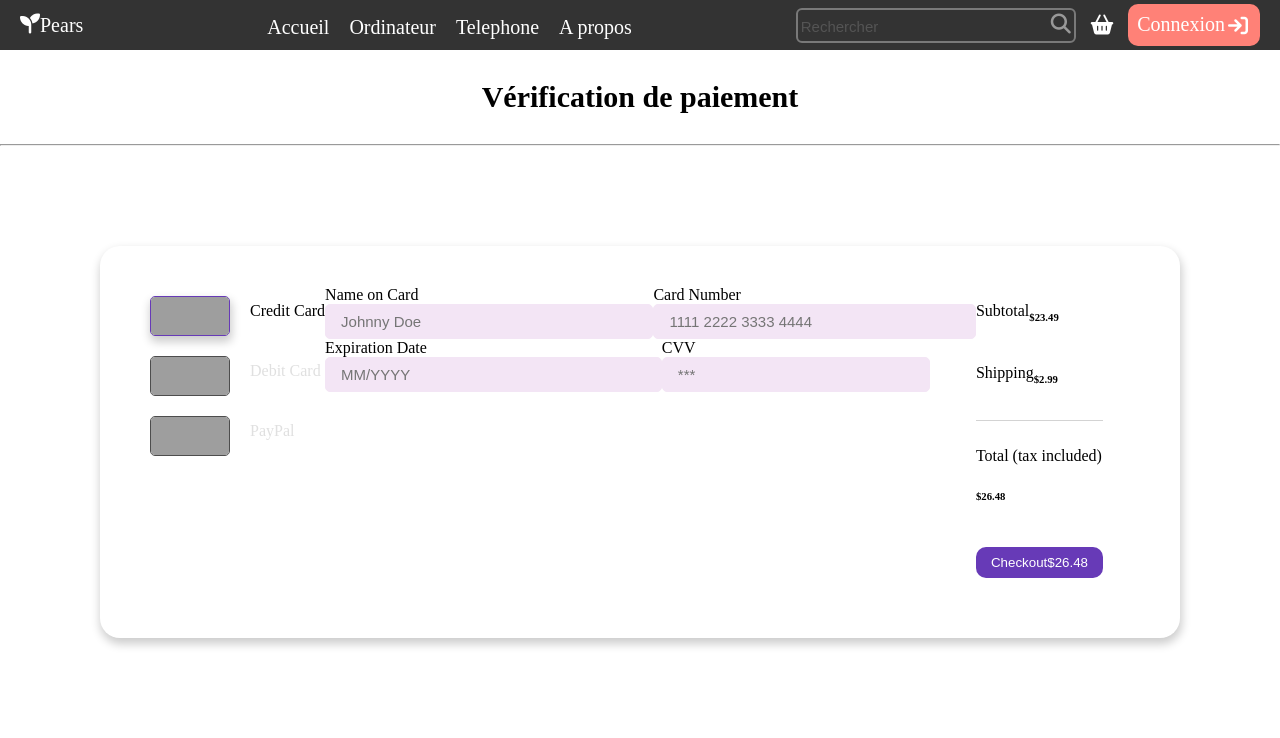
Repository: Kakouuu/PPE1-iPear
Page: http://localhost/Stage/verifpaiement.php
An editor plug-in stored every save of this project. The page is shown before and after the next save, followed by the edit.
The browser window is 1280 px wide. The pictures show the whole page.
Pictures or frames that could not be fetched are drawn as grey boxes. Some web libraries are served in a nearby version. The page is run by PHP 8.4 with error messages shown; the project is at /var/www/html/.

Above is the page before, as saved 2023-04-28 16:32:24.

### verifpaiement.php
<!DOCTYPE html>
<html lang="en">

<?php
    session_start();
    include "nav.php";
    ?>


<head>
    <meta charset="UTF-8">
    <title>Checkout</title>
    <link rel="stylesheet" href="css/verifpaiement.css">
    <link rel="stylesheet" href="https://stackpath.bootstrapcdn.com/bootstrap/4.3.1/js/bootstrap.bundle.min.js">
    <link rel="stylesheet" href="https://cdnjs.cloudflare.com/ajax/libs/font-awesome/5.10.0-11/css/all.min.css">
    <script rel="stylesheet" href="https://cdnjs.cloudflare.com/ajax/libs/jquery/3.2.1/jquery.min.js"></script>
    <script src="js/store.js"></script>
</head>

<body>



    <h3 class="title">Vérification de paiement</h3>
    <hr>

    <div class="row justify-content-center" style="margin:100px">
        <div class="col-lg-12">
            <div class="card" style="display : flex;">
                <div class="row" style="display : flex;">
                    <div class="col-lg-3 radio-group" >
                        <div class="row d-flex px-3 radio" style="display :flex;"> <img class="pay" src="https://i.imgur.com/WIAP9Ku.jpg">
                            <p class="my-auto">Credit Card</p>
                        </div>
                        <div class="row d-flex px-3 radio gray" style="display :flex;"> <img class="pay" src="https://i.imgur.com/OdxcctP.jpg">
                            <p class="my-auto">Debit Card</p>
                        </div>
                        <div class="row d-flex px-3 radio gray mb-3" style="display :flex;"> <img class="pay" src="https://i.imgur.com/cMk1MtK.jpg">
                            <p class="my-auto">PayPal</p>
                        </div>
                    </div>
                    <div class="col-lg-5">
                        <div class="row px-2" style="display :flex;">
                            <div class="form-group col-md-6"> <label class="form-control-label">Name on Card</label> <input type="text" id="cname" name="cname" placeholder="Johnny Doe"> </div>
                            <div class="form-group col-md-6"> <label class="form-control-label">Card Number</label> <input type="text" id="cnum" name="cnum" placeholder="1111 2222 3333 4444"> </div>
                        </div>
                        <div class="row px-2" style="display :flex;">
                            <div class="form-group col-md-6"> <label class="form-control-label">Expiration Date</label> <input type="text" id="exp" name="exp" placeholder="MM/YYYY"> </div>
                            <div class="form-group col-md-6"> <label class="form-control-label">CVV</label> <input type="text" id="cvv" name="cvv" placeholder="***"> </div>
                        </div>
                    </div>
                    <div class="col-lg-4 mt-2">
                        <div class="row d-flex justify-content-between px-4" style="display :flex;">
                            <p class="mb-1 text-left">Subtotal</p>
                            <h6 class="mb-1 text-right">$23.49</h6>
                        </div>
                        <div class="row d-flex justify-content-between px-4" style="display :flex;">
                            <p class="mb-1 text-left">Shipping</p>
                            <h6 class="mb-1 text-right">$2.99</h6>
                        </div>
                        <div class="row d-flex justify-content-between px-4" id="tax">
                            <p class="mb-1 text-left">Total (tax included)</p>
                            <h6 class="mb-1 text-right">$26.48</h6>
                        </div> <button class="btn-block btn-blue"> <span> <span id="checkout">Checkout</span> <span id="check-amt">$26.48</span> </span> </button>
                    </div>
                </div>
            </div>
        </div>
    </div>
    </div>

### nav.php
<!DOCTYPE html>
<head>
    <meta charset="UTF-8">
    <meta http-equiv="X-UA-Compatible" content="IE  =edge">
    <link rel="stylesheet" href="css/styles.css">
    <link rel="stylesheet" href="css/footer.css">

    <script src="https://kit.fontawesome.com/db2bf29261.js" crossorigin="anonymous"></script>
    <script src="https://cdnjs.cloudflare.com/ajax/libs/jquery/3.6.0/jquery.min.js"></script>
    <script src="https://ajax.googleapis.com/ajax/libs/jquery/3.6.0/jquery.min.js"></script>
    <script src="js/store.js" ></script>
</head>
<?php

require_once "db.php";

if (isset($_SESSION['ID'])) {

    $sqla = 'SELECT * FROM `utilisateurs` where `ID_user`=' . $_SESSION['ID'];
    $resulta = mysqli_query($mysqli, $sqla);

    while (($row = mysqli_fetch_array($resulta))) {

        $prenom = $row["Prenom"];
    }


?>




<div class="welcome">Bonjour <?= $prenom; ?> !</div>



<?php
}


?>



<nav class="navbar" style="height: 50px !important;">


    <div>
        <a class="logo" href="index.php"><i class="fa-solid fa-seedling"></i> Pears</a>
    </div>


    <ul class="navbar_container">
        <li><a href="index.php" class="type">Accueil</a></li>
        <li class="services"><a href="#" title="" class="type">Ordinateur</a>
            <ul class="sous-menu">
                <li><a href="pagelegume.php?id=Portable" title="" class="type_sous">PC Portable</a></li>
                <li><a href="pagelegume.php?id=PC_Fixe" title="" class="type_sous">PC Fixe</a></li>
            </ul>
        <li class="services"><a href="#" title="" class="type">Telephone</a>
            <ul class="sous-menu">
                <li><a href="pagelegume.php?id=Samsung" title="" class="type_sous">Samsung</a></li>
                <li><a href="pagelegume.php?id=Iphone" title="" class="type_sous">Iphone</a></li>
                <li><a href="pagelegume.php?id=Huawei" title="" class="type_sous">Huawei</a></li>
            </ul>
        <li><a href="index.php" class="type">A propos</a></li>
    </ul>


    <span class="cotedroit">
      <span class="search">
            <input autocomplete="off" type="search" onkeyup="manakey(event)" oninput="salut()" name="Rechercher"
                   class="searchbar_container" placeholder="Rechercher">
            <span style="cursor: pointer;" onclick='sendad()'><i class="fa-solid fa-magnifying-glass"></i></span>
        </span>


<div class="search_prod"></div>







            <a href="test.php" class="item"><i class="fa-solid fa-basket-shopping"></i></a>

            <a href="login.php" class="log" id="co">Connexion <i class="fa-solid fa-arrow-right-to-bracket"></i> </a>


            <li class="user" id="profil"><a href="#" title="" class="type"><i class="fa-solid fa-user" name="deconnecte"></i></a>
            <ul class="user_sous">
                <li><a href="profil.php" title="" class="user_container">Profil</a></li>

                <li><a class="user_container" href="suppression.php">Deconnexion</a></li>



    </span>





    <script>
        function sendad() {
            var mot = document.getElementsByName('Rechercher')[0].value;
            console.log(mot)
            window.location = 'traitement.php?Rechercher=' + mot;
        }

        function manakey(e) {
            if (e.keyCode == 13) {
                sendad();
            }
            var clientHeight = document.querySelector('.search_prod').clientHeight;
            console.log(clientHeight);

            if (clientHeight < 356) {
                document.querySelector(".plus").style.display = "none";
            }
        }

        function salut() {
            let display = document.querySelector('.search_prod').style.display = 'block';
            var mot = document.getElementsByName('Rechercher')[0].value;
            console.log(mot)

            if(mot != "" ){
                $.post("recherche.php", {mot : mot}, function(data){
                    $('.search_prod').html(data);
                });
            }else
                document.querySelector(".search_prod").style.display ="none";
        }


        function remouve(e) {
            if (e.keyCode == 8) {
                let display = document.querySelector('.search_prod').style.display = 'none';
            }
        }




    </script>



    <div class="navbar__toggle" onclick="openOrClose()" id="mobile-menu">
        <div class="tirait">
            <span class="tirait_sous"></span>
            <span class="tirait_sous"></span>
            <span class="tirait_sous"></span>
        </div>
    </div>
</nav>
<ul class="navbar_container2">
    <li class="services2"><a href="#" title="" class="type2">Ordinateur</a>
        <ul class="sous-menu2">
            <li><a href="pagelegume.php?id=Portable" title="" class="type_sous2">PC Portable</a></li>
            <li><a href="pagelegume.php?id=Portable" title="" class="type_sous2">PC Fixe</a></li>
        </ul>
    <li class="services2"><a href="#" title="" class="type2">Telephone</a>
        <ul class="sous-menu2">
            <li><a href="pagelegume.php?id=Légume Fleurs" title="" class="type_sous2">Samsung</a></li>
            <li><a href="pagelegume.php?id=Légume Fleurs" title="" class="type_sous2">Iphone</a></li>
            <li><a href="pagelegume.php?id=Légume Fleurs" title="" class="type_sous2">Huawei</a></li>
        </ul>
</ul>

<?php
if(isset($_SESSION['ID'])){
    ?>
    <script>
    document.getElementById('co').style.display = 'none';
    document.getElementById('profil').style.display = 'block';
    </script>

<?php
}





?>


<form method="post" action="suppression.php" id="form">
       <input type="hidden" id="cache" name="cache"/>
    </form>
<script src="app.js"></script>

### db.php
<?php
$mysqli = mysqli_connect('localhost', 'root', '', 'pcbdd');
mysqli_query($mysqli, "SET NAMES utf8");
?>

### css/footer.css
/* Footer section */

.push{
    height: 800px;
}

.pdp {
    display: inline-block;
    bottom: 0;
    width: 100%;
    background-color: #333333;
}


.pdp_info {
    background-color: #333333;
    display: flex;
    height: 390px;
    justify-content: center;
}

.fa-facebook, .fa-twitter, .fa-linkedin, .fa-instagram {
    color: white;
    opacity: 0.6;
    padding-left: 10px;
    padding-right: 10px;
    margin-top: 3px;
    justify-content: center;
    font-size: 1.1rem;
}

.fa-facebook {
    padding-left: 45%;
}
.fa-envelope{
    padding: 7px;
    text-align: center;
    color: black;

}

a:link {
    text-decoration: none;
}

.item2 {
    display: block;
    margin: 5px;
    text-decoration: none;
    list-style: none;
    color: white;
    padding: 5px;

}

.item1 {
    display: block;
    margin: 5px;
    text-decoration: none;
    list-style: none;
    color: white;
    padding: 5px;

}


.mention {
    background-color: #272727;
    color: white;
    opacity: 0.5;
}

@media screen and (max-width: 909px){
    .item2{
        display: block;
        font-size: 1.1rem;
        text-align: center;
    }
}


.input-icons i {
    position: absolute;
}

.input-field {
    height: 30px;
    width: 200px;
    padding-left:30px;
    text-align: center;
}

.validate{
    height: 30px;
    color: white;
    background-color: #333333;
    cursor: pointer;
}

.validate:hover{
    background-color: #50C878;
}

.infosite{
    color: white;

}

### css/verifpaiement.css
.title{
    text-align: center;
    font-size: 30px;
    font-weight: bold;
    margin : 30px;
}


.plus-minus {
    position: relative;
}

.plus {
    position: absolute;
    top: -4px;
    left: 2px;
    cursor: pointer;
}

.minus {
    position: absolute;
    top: 8px;
    left: 5px;
    cursor: pointer;
}

.vsm-text:hover {
    color: #FF5252;
}

.card {
    margin: 40px 0px;
    padding: 40px 50px;
    border-radius: 20px;
    border: none;
    box-shadow: 1px 5px 10px 1px rgba(0,0,0,0.2);
    display : flex;
}

input, textarea {
    background-color: #F3E5F5;
    padding: 8px 15px 8px 15px;
    width: 100%;
    border-radius: 5px !important;
    box-sizing: border-box;
    border: 1px solid #F3E5F5;
    font-size: 15px !important;
    color: #000 !important;
    font-weight: 300;
}

input:focus, textarea:focus {
    -moz-box-shadow: none !important;
    -webkit-box-shadow: none !important;
    box-shadow: none !important;
    border: 1px solid #9FA8DA;
    outline-width: 0;
    font-weight: 400;
}

button:focus {
    -moz-box-shadow: none !important;
    -webkit-box-shadow: none !important;
    box-shadow: none !important;
    outline-width: 0;
}

.pay {
    width: 80px;
    height: 40px;
    border-radius: 5px;
    border: 1px solid #673AB7;
    margin: 10px 20px 10px 0px;
    cursor: pointer;
    box-shadow: 1px 5px 10px 1px rgba(0,0,0,0.2);
}

.gray {
    -webkit-filter: grayscale(100%);
    -moz-filter: grayscale(100%);
    -o-filter: grayscale(100%);
    -ms-filter: grayscale(100%);
    filter: grayscale(100%);
    color: #E0E0E0;
}

.gray .pay {
    box-shadow: none;
}

#tax {
    border-top: 1px lightgray solid;
    margin-top: 10px;
    padding-top: 10px;
}

.btn-blue {
    border: none;
    border-radius: 10px;
    background-color: #673AB7;
    color: #fff;
    padding: 8px 15px;
    margin: 20px 0px;
    cursor: pointer;
}

.btn-blue:hover {
    background-color: #311B92;
    color: #fff;
}

#checkout {
    float: left;
}

#check-amt {
    float: right;
}

@media screen and (max-width: 768px) {
    .book, .book-img {
        width: 100px;
        height: 150px;
    }

    .card {
        padding-left: 15px;
        padding-right: 15px;
    }

    .mob-text {
        font-size: 13px;
    }

    .pad-left {
        padding-left: 20px;
    }
}

Loaded but not shown: js/store.js (27 lines, source omitted); app.js (4 lines, source omitted); css/styles.css (824 lines, source omitted)

After the next save:
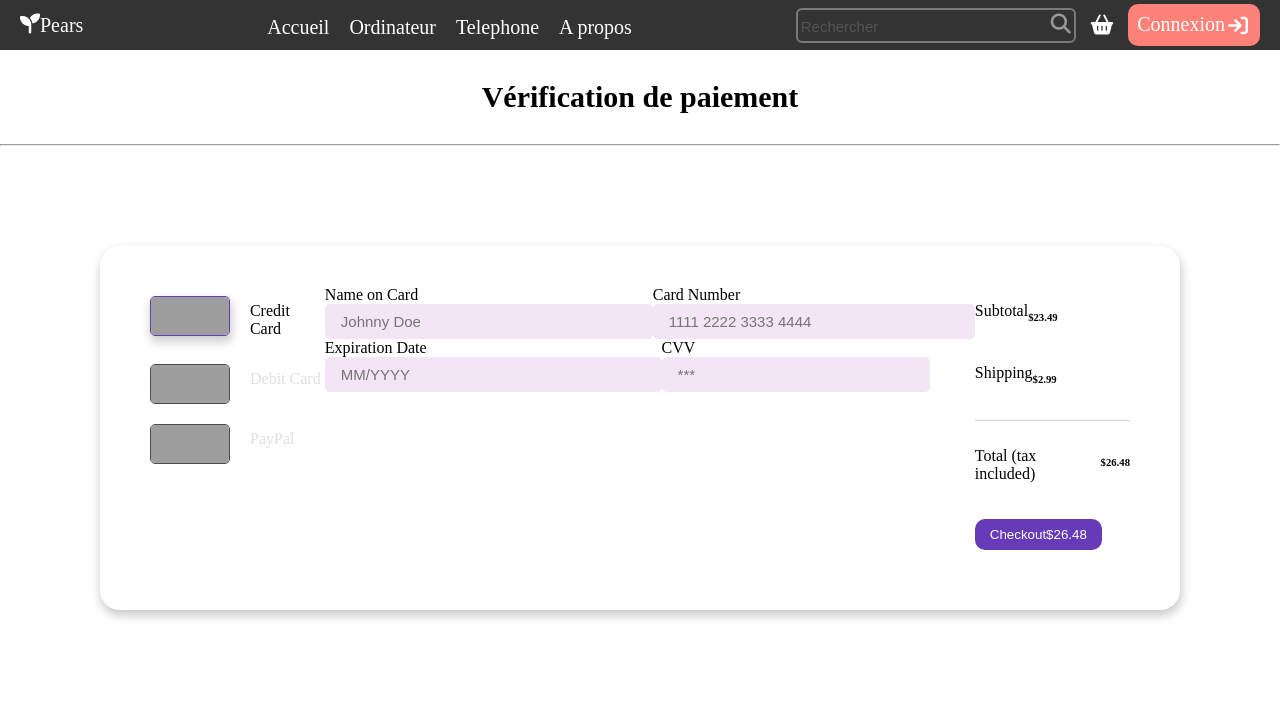
Saved 4 s later.
--- a/verifpaiement.php
+++ b/verifpaiement.php
@@ -58,7 +58,7 @@
                             <p class="mb-1 text-left">Shipping</p>
                             <h6 class="mb-1 text-right">$2.99</h6>
                         </div>
-                        <div class="row d-flex justify-content-between px-4" id="tax">
+                        <div class="row d-flex justify-content-between px-4" id="tax" style="display :flex;">
                             <p class="mb-1 text-left">Total (tax included)</p>
                             <h6 class="mb-1 text-right">$26.48</h6>
                         </div> <button class="btn-block btn-blue"> <span> <span id="checkout">Checkout</span> <span id="check-amt">$26.48</span> </span> </button>
